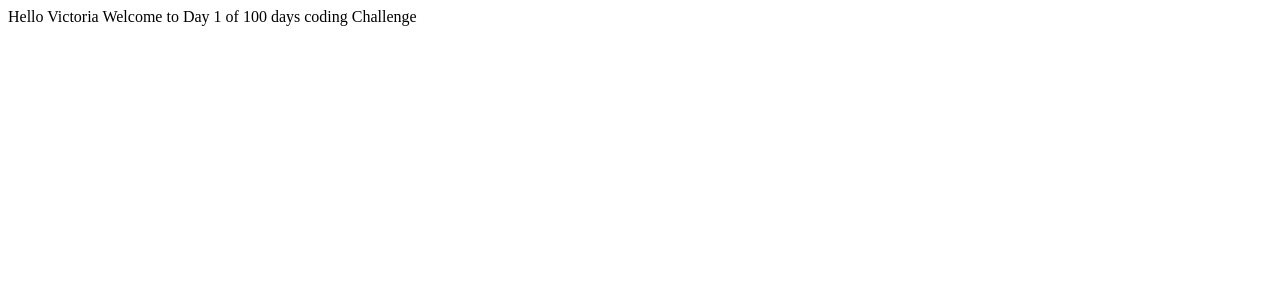
Repository: VickyJacob23/100DaysOfCoding
Page: day1/index.html
These files come from the project's save history. The page is drawn as it stood at one moment and after the next save; the edit follows.
The browser window is 1280 px wide. The pictures show the whole page.

Above is the page before, as saved 2024-08-14 11:27:59.

### day1/index.html
<!DOCTYPE html>
<html lang="en">
  <head>
    <meta charset="UTF-8" />
    <meta name="viewport" content="width=device-width, initial-scale=1.0" />
    <link rel="stylesheet" href="style.css" />
    <title>Day 1</title>
  </head>
  <body class="">
    <script src="script.js"></script>
  </body>
</html>

### day1/script.js
let firstCode = "Hello Victoria Welcome to Day 1 of 100 days coding Challenge";
document.write(firstCode);

Loaded but not shown: day1/style.css (no copy from this time; the picture is the same without it)

After the next save:
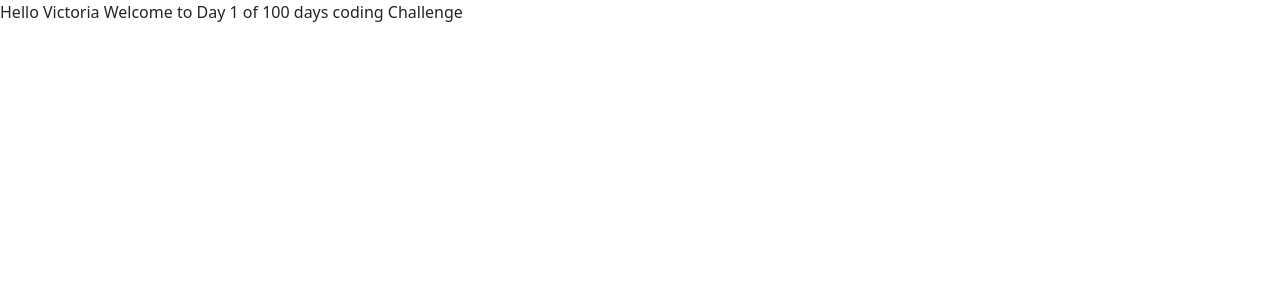
Saved 2 min 25 s later.
--- a/day1/index.html
+++ b/day1/index.html
@@ -3,6 +3,12 @@
   <head>
     <meta charset="UTF-8" />
     <meta name="viewport" content="width=device-width, initial-scale=1.0" />
+    <link
+      href="https://cdn.jsdelivr.net/npm/bootstrap@5.0.2/dist/css/bootstrap.min.css"
+      rel="stylesheet"
+      integrity="sha384-EVSTQN3/azprG1Anm3QDgpJLIm9Nao0Yz1ztcQTwFspd3yD65VohhpuuCOmLASjC"
+      crossorigin="anonymous"
+    />
     <link rel="stylesheet" href="style.css" />
     <title>Day 1</title>
   </head>
